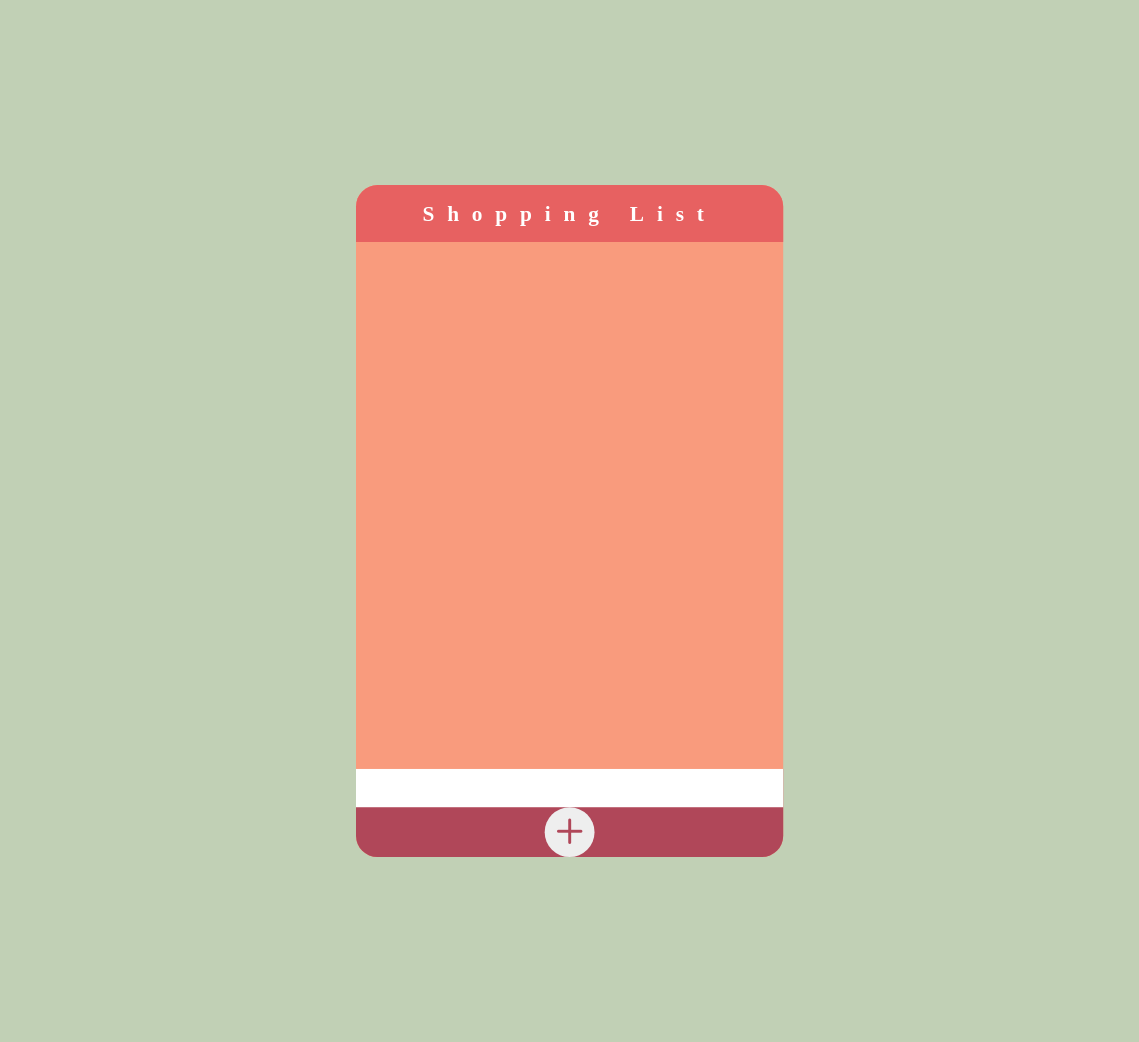
Repository: sephinejo/shopping-list-app
Page: index.html
An editor plug-in stored every save of this project. The page is shown before and after the next save, followed by the edit.
The browser window is 1280 px wide. The pictures show the whole page, at 89% of full size.
Some web fonts or font styles are not loaded; a fallback is used. Some web libraries are served in a nearby version.

Above is the page before, as saved 2023-05-12 17:35:20.

After the next save:
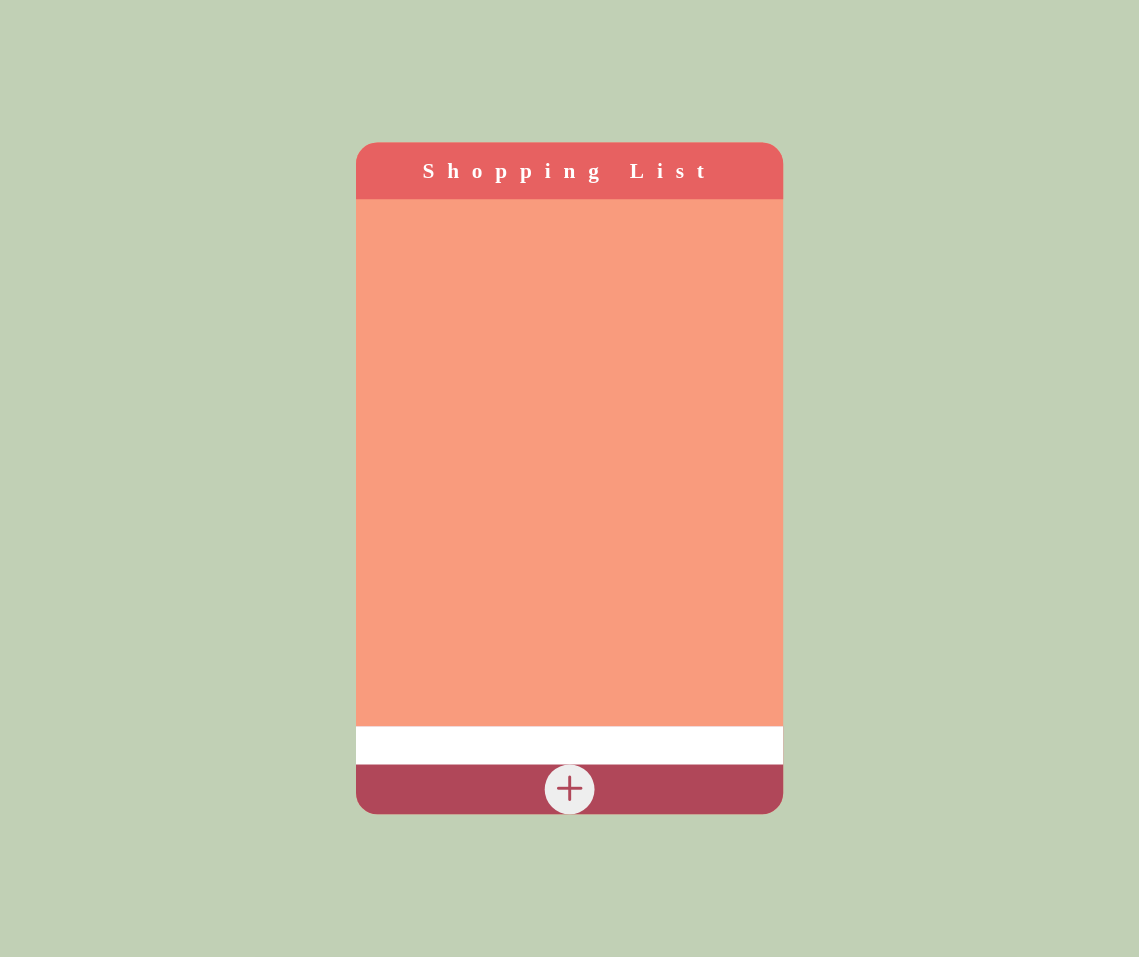
Saved 69 s later.
--- a/style.css
+++ b/style.css
@@ -8,7 +8,7 @@ body {
 }
 
 .container {
-  margin: 13rem auto;
+  margin: 10rem auto;
   width: 30rem;
   background-color: #f99b7d;
   border-radius: 1.5rem;
